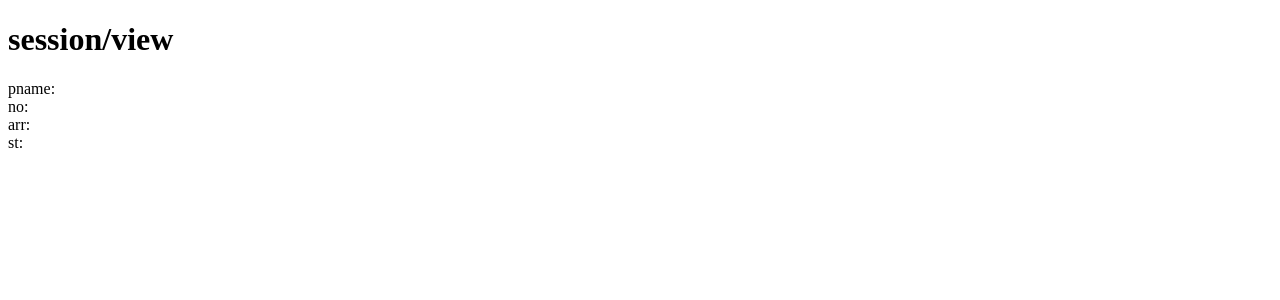
Repository: Yousehyeon/spring_work
Page: stsMvcProj/src/main/webapp/views/session/loginMain.html
An editor plug-in stored every save of this project. The page is shown before and after the next save, followed by the edit.
The browser window is 1280 px wide. The pictures show the whole page.

Above is the page before, as saved 2023-08-23 03:57:46.

After the next save:
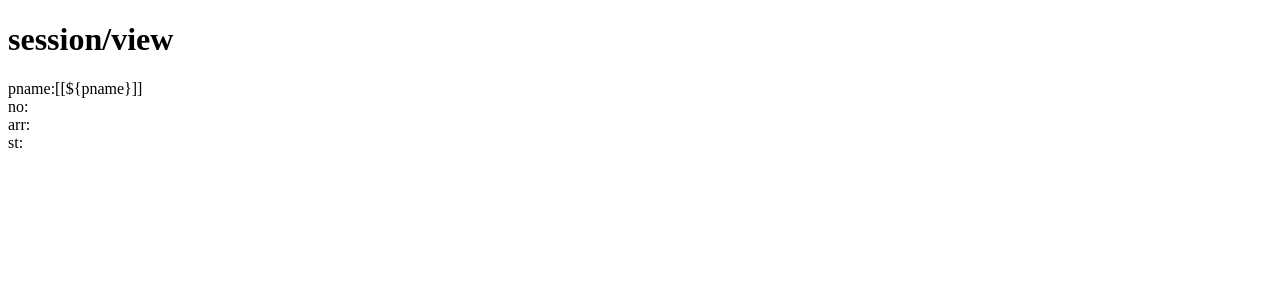
Saved 21 s later.
--- a/stsMvcProj/src/main/webapp/views/session/loginMain.html
+++ b/stsMvcProj/src/main/webapp/views/session/loginMain.html
@@ -6,7 +6,7 @@
 </head>
 <body>
 <h1>session/view</h1>
-pname:<br/>
+pname:[[${pname}]]<br/>
 no:<br/>
 arr:<br/>
 st:<br/>
